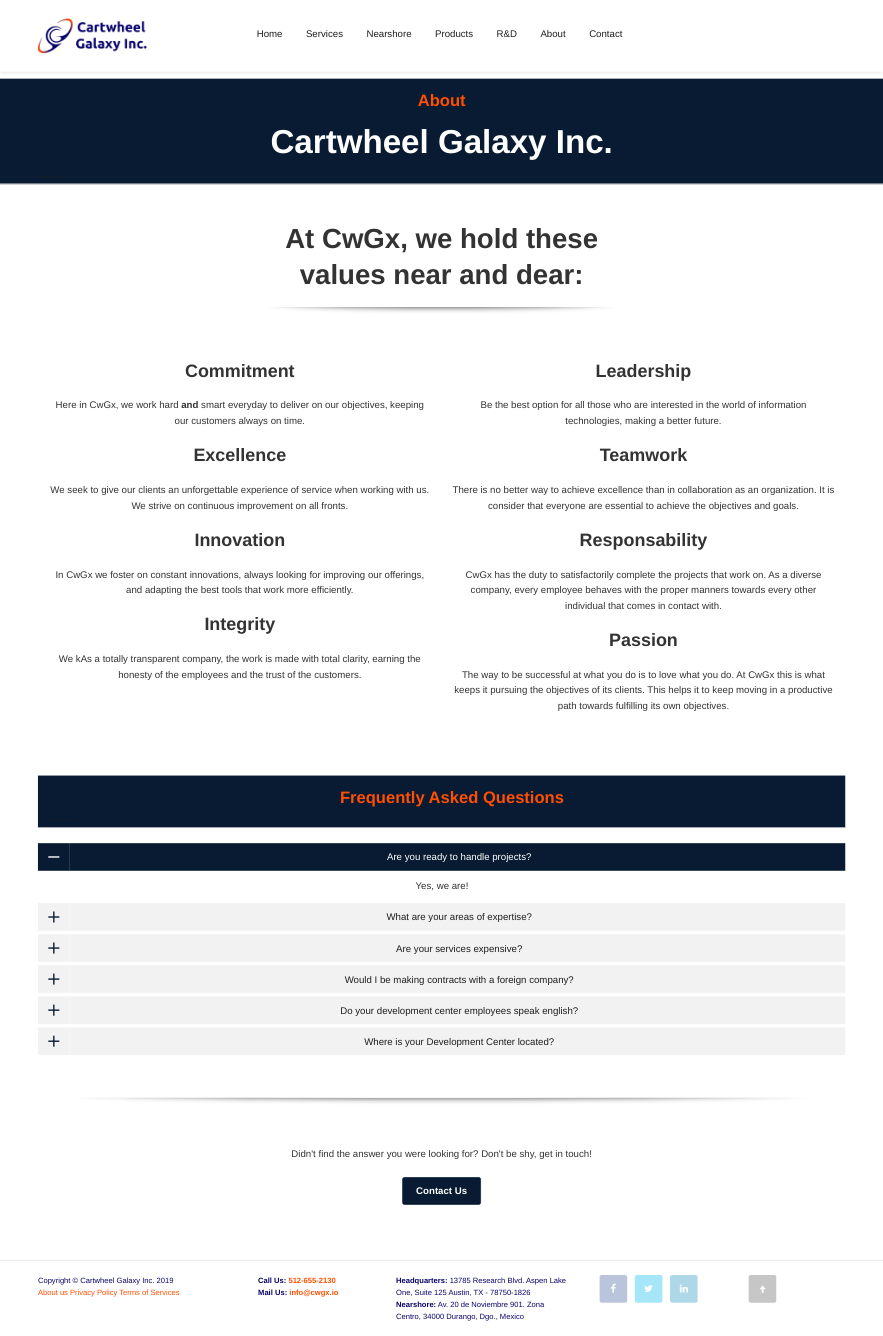
Repository: g-tecio/cwgx.io
Page: about-us.html
The author's editor kept a record of every edit. The page is drawn from the files as they stood at one moment, then again after the next edit.
The browser window is 1280 px wide. The pictures show the whole page, at 69% of full size.

Above is the page before.

After the next edit:
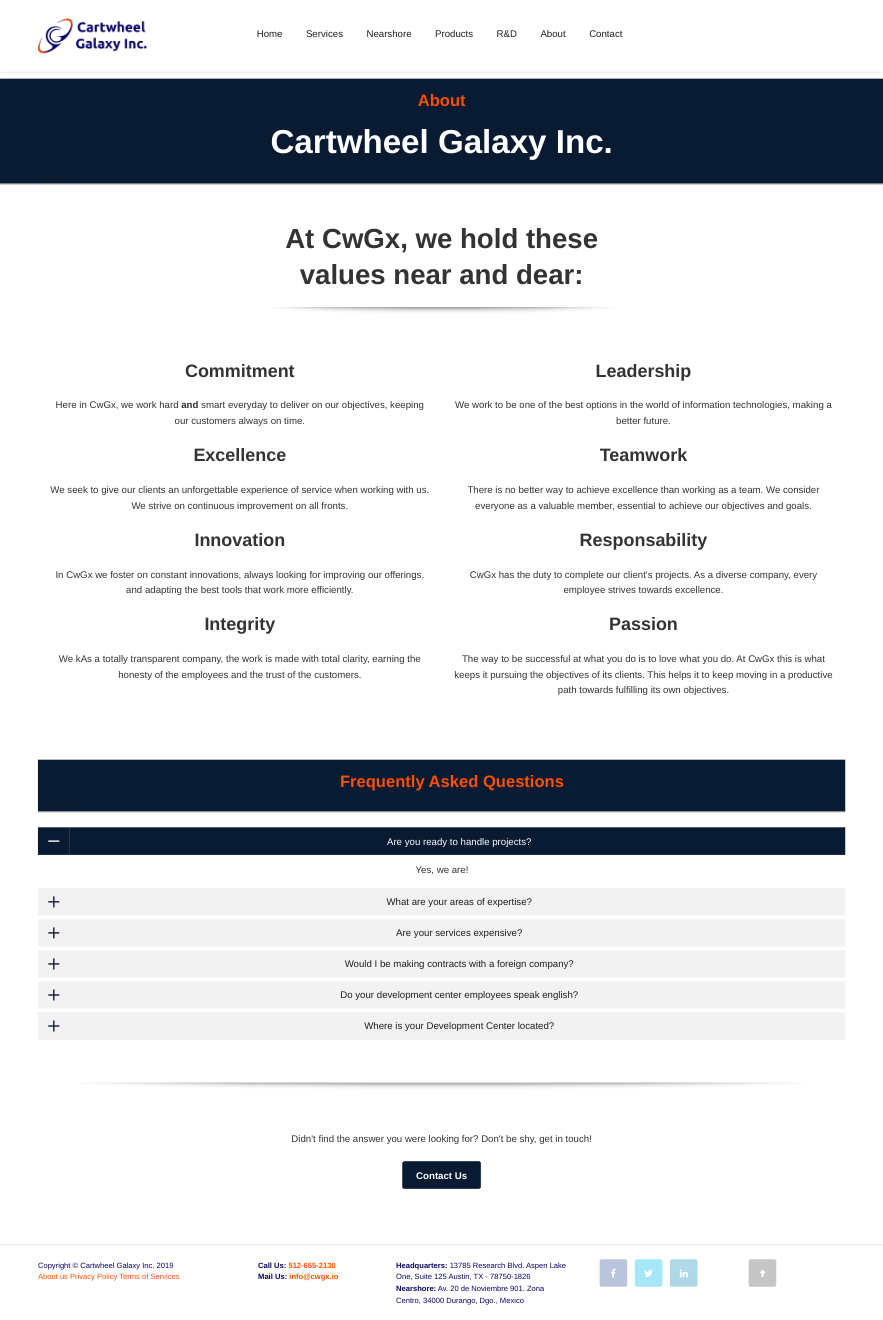
The edit:
--- a/about-us.html
+++ b/about-us.html
@@ -145,11 +145,11 @@
 						</div>
 						<div class="col-sm-6 col-md-6 contact-info bottom-padding">
 							<h4>Leadership</h4>
-							<p>Be the best option for all those who are interested in the world of information technologies, making a better future.</p>
+							<p>We work to be one of the best options in the world of information technologies, making a better future.</p>
 							<h4>Teamwork</h4>
-							<p>There is no better way to achieve excellence than in collaboration as an organization. It is consider that everyone are essential to achieve the objectives and goals.</p>
+							<p>There is no better way to achieve excellence than working as a team. We consider everyone as a valuable member, essential to achieve our objectives and goals.</p>
 							<h4>Responsability</h4>
-							<p>CwGx has the duty to satisfactorily complete the projects that work on. As a diverse company, every employee behaves with the proper manners towards every other individual that comes in contact with.</p>
+							<p>CwGx has the duty to complete our client's projects. As a diverse company, every employee strives towards excellence.</p>
 							<h4>Passion</h4>
 							<p>The way to be successful at what you do is to love what you do. At CwGx this is what keeps it pursuing the objectives of its clients. This helps it to keep moving in a productive path towards fulfilling its own objectives.</p>
 						</div>
